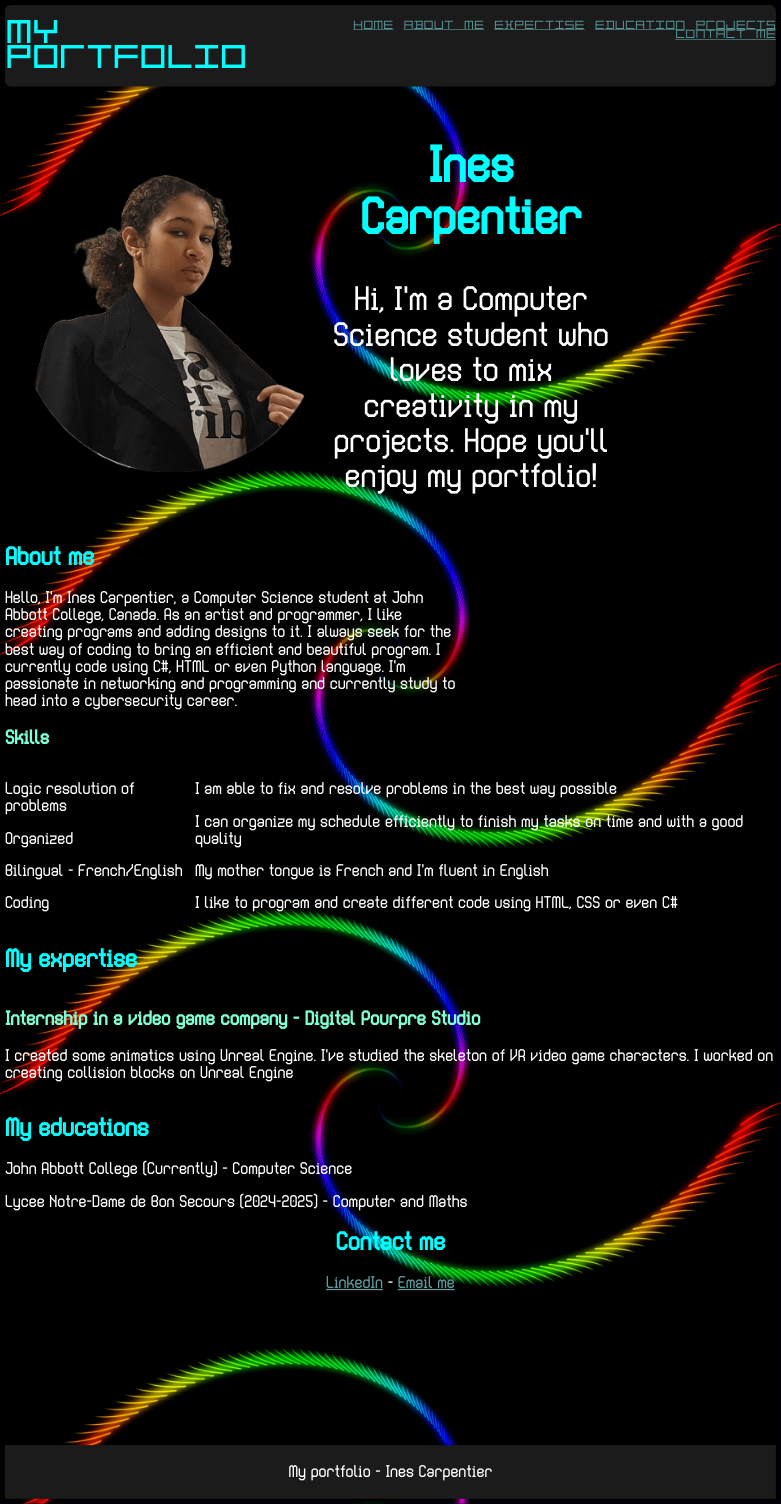
Repository: InsCarp/InsCarp
Page: index.html
An editor plug-in stored every save of this project. The page is shown before and after the next save, followed by the edit.
The browser window is 1280 px wide. The pictures show the whole page, at 61% of full size.
Backgrounds fixed to the window are drawn as part of the page.

Above is the page before, as saved 2026-05-12 09:49:32.

After the next save:
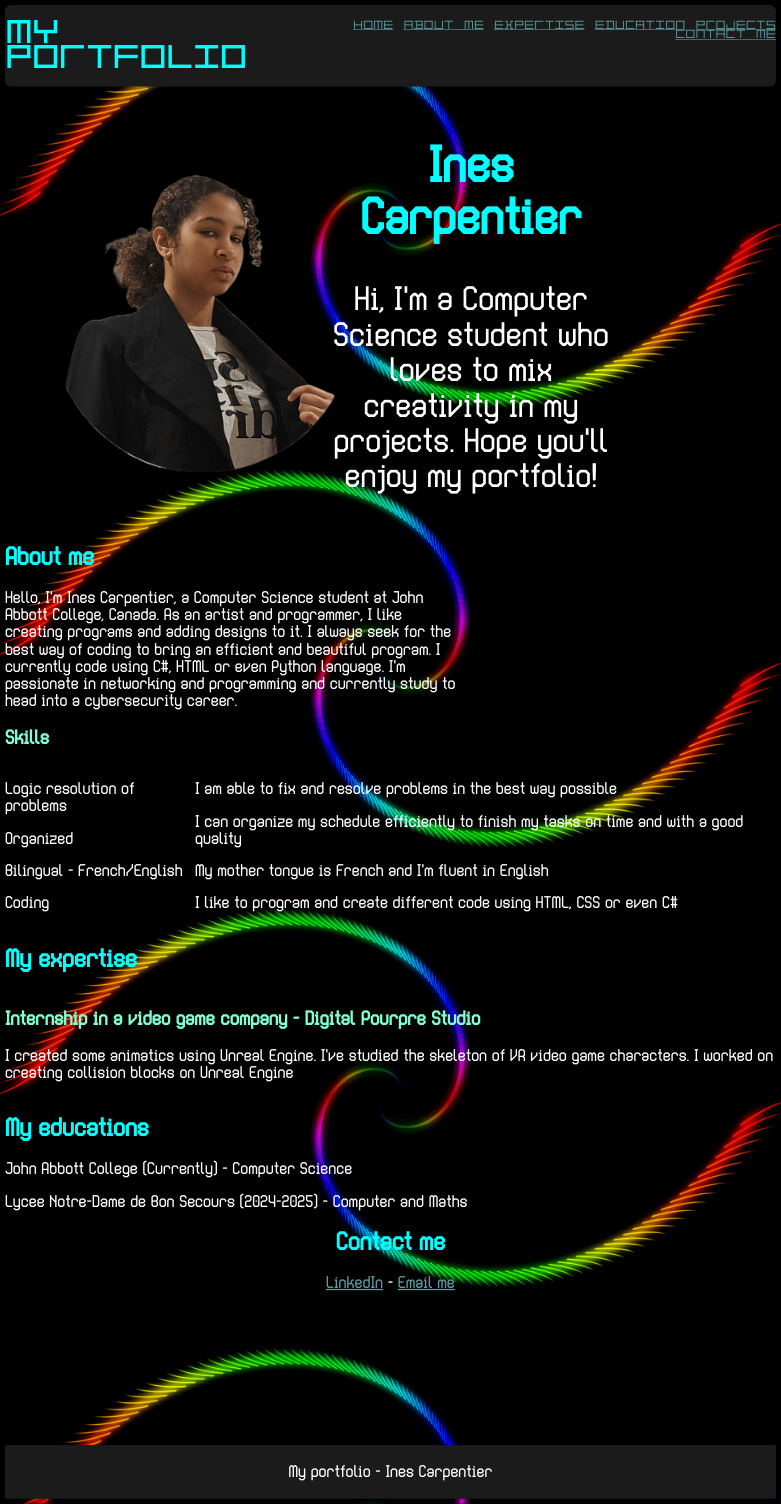
Saved 69 s later.
--- a/styles/index.css
+++ b/styles/index.css
@@ -53,3 +53,9 @@ section{
     width:30rem;
 }
 }
+
+@media only screen and (min-width: 800px){
+    #Me{
+    margin-left:15%;
+}
+}
